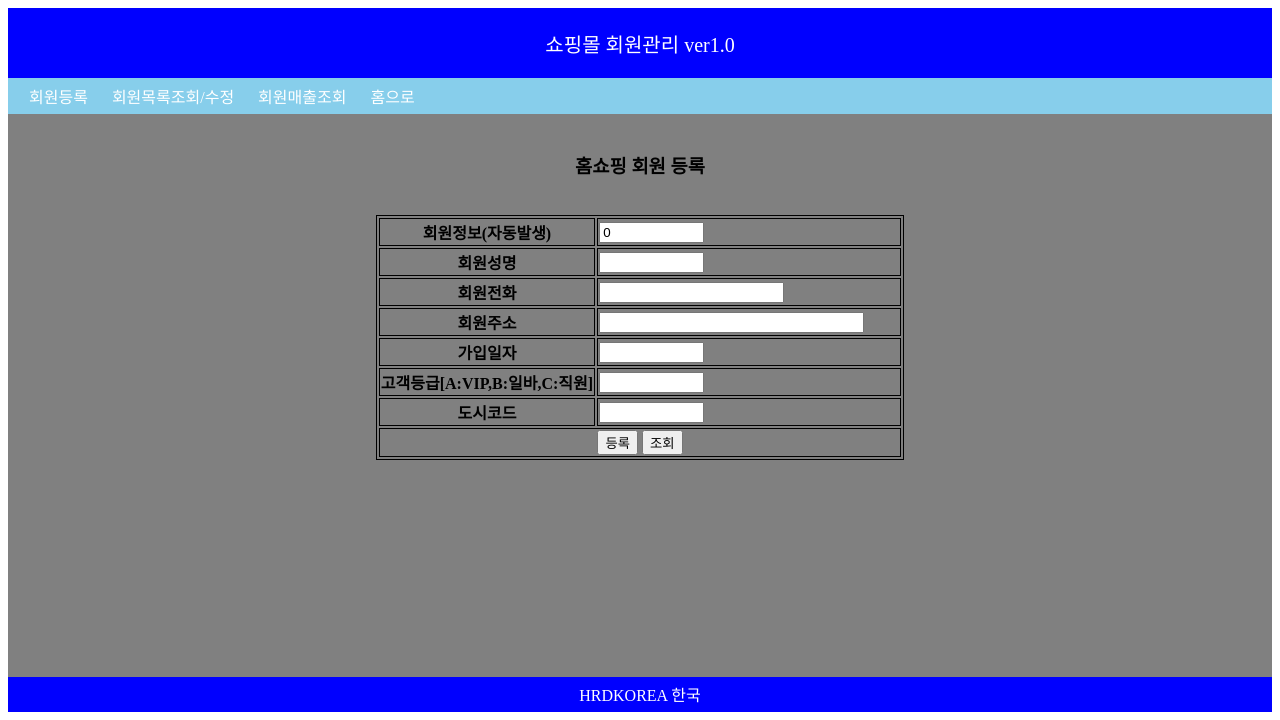
Repository: choigobin/Programming
Page: http://localhost/HRD_1119/select.jsp
An editor plug-in stored every save of this project. The page is shown before and after the next save, followed by the edit.
The browser window is 1280 px wide. The pictures show the whole page.
The page is served by Tomcat 9. Queries for data that is not in the repository find no rows.

Above is the page before, as saved 2019-11-20 06:37:20.

After the next save:
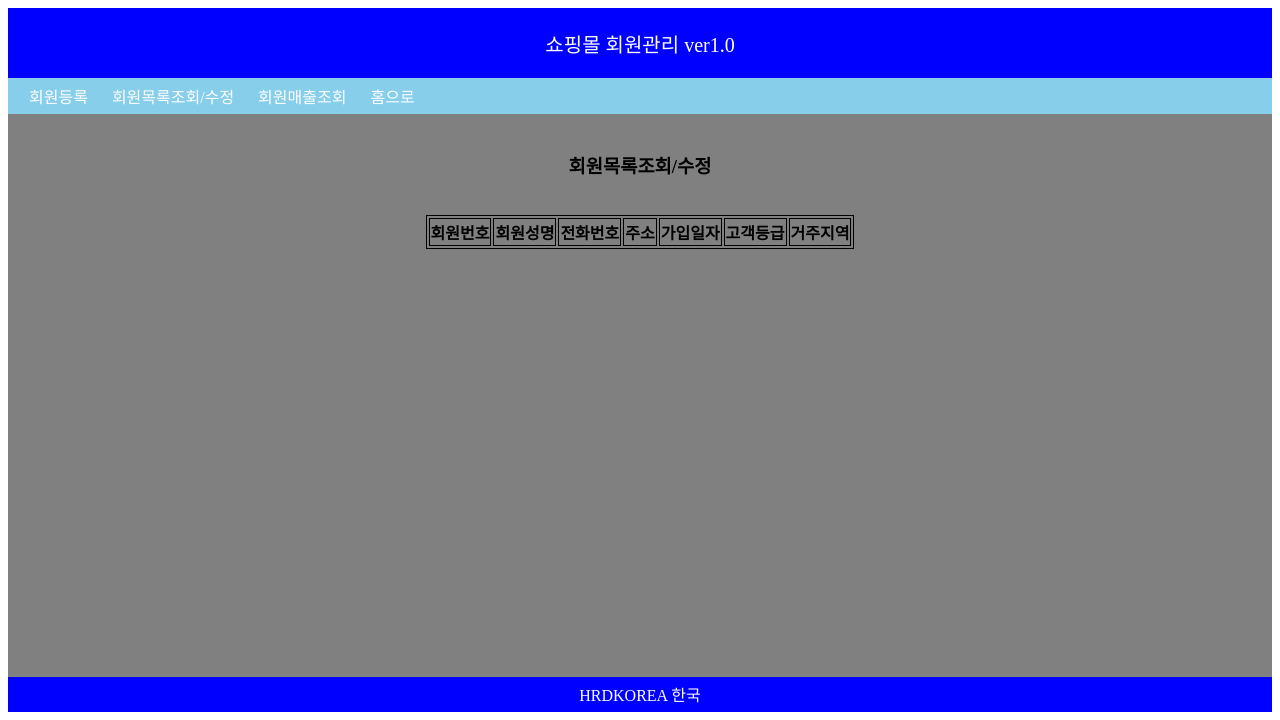
Saved 2 min 3 s later.
--- a/YangJung/workspace/HRD_1119/WebContent/select.jsp
+++ b/YangJung/workspace/HRD_1119/WebContent/select.jsp
@@ -2,7 +2,23 @@
     pageEncoding="UTF-8"%>
 <%@include file="header.jsp" %>
 <%@include file="dbconn.jsp" %>
-<%
+	<br />
+	<h3 align="center">회원목록조회/수정</h3>
+	<br />
+	<form action="process_insert.jsp" name="insert">
+	<table align="center">
+		<tr>
+			<th>회원번호</th>
+			<th>회원성명</th>
+			<th>전화번호</th>
+			<th>주소</th>
+			<th>가입일자</th>
+			<th>고객등급</th>
+			<th>거주지역</th>
+		</tr>
+
+
+		<%
 	int number = 0;
 	String sql = "select custno from member_tbl_02 order by custno desc";
 	try{
@@ -19,59 +35,6 @@
 		if(conn!=null){conn.close();}
 	}
 %>
-	<br />
-	<h3 align="center">홈쇼핑 회원 등록</h3>
-	<br />
-	<form action="process_insert.jsp" name="insert">
-	<table align="center">
-		<tr>
-			<th>회원정보(자동발생)</th>
-			<td width="300">
-				<input type="text" size=10; name="custno" value="<%=number%>">
-			</td>
-		</tr>
-		<tr>
-			<th>회원성명</th>
-			<td>
-				<input type="text" size=10; name="custname">
-			</td>
-		</tr>
-		<tr>
-			<th>회원전화</th>
-			<td>
-				<input type="text" size=20; name="phone">
-			</td>
-		</tr>
-		<tr>
-			<th>회원주소</th>
-			<td>
-				<input type="text" size=30; name="address">
-			</td>
-		</tr>
-		<tr>
-			<th>가입일자</th>
-			<td>
-				<input type="text" size=10; name="joindate">
-			</td>
-		</tr>
-		<tr>
-			<th>고객등급[A:VIP,B:일바,C:직원]</th>
-			<td>
-				<input type="text" size=10; name="grade">
-			</td>
-		</tr>
-		<tr>
-			<th>도시코드</th>
-			<td>
-				<input type="text" size=10; name="city">
-			</td>
-		</tr>
-		<tr>
-			<td colspan="2" align="center">
-				<input type="button" value="등록" onclick="javascript:insert1()">
-				<input type="button" value="조회" onclick="location.href='select.jsp'">
-			</td>
-		</tr>
 	</table>
 	</form>
 <%@include file="footer.jsp" %>
